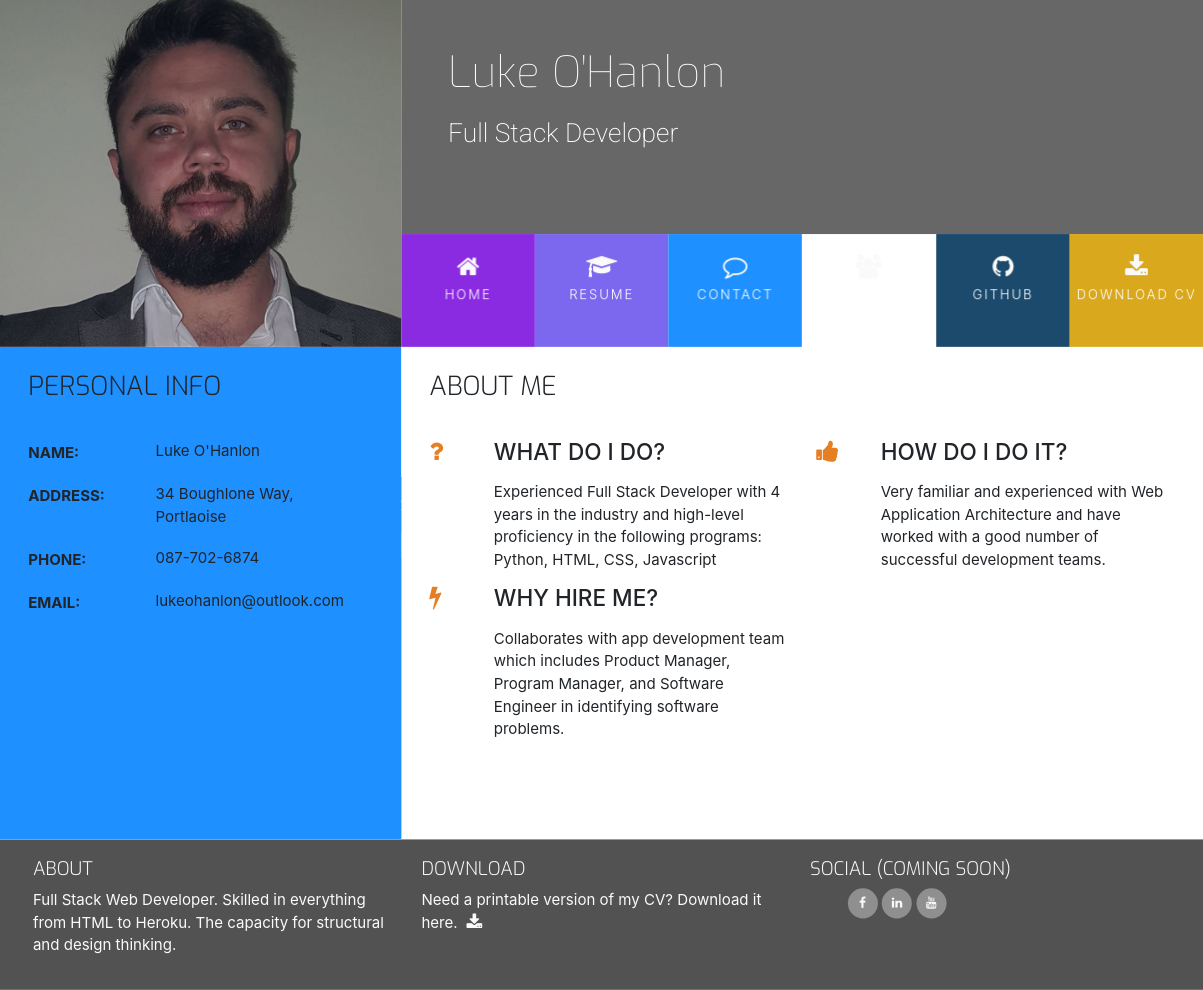
Repository: luke0han/my-resume
Page: index.html
The author's editor kept a record of every edit. The page is drawn from the files as they stood at one moment, then again after the next edit.
The browser window is 1280 px wide. The pictures show the whole page, at 94% of full size.

Above is the page before.

After the next edit:
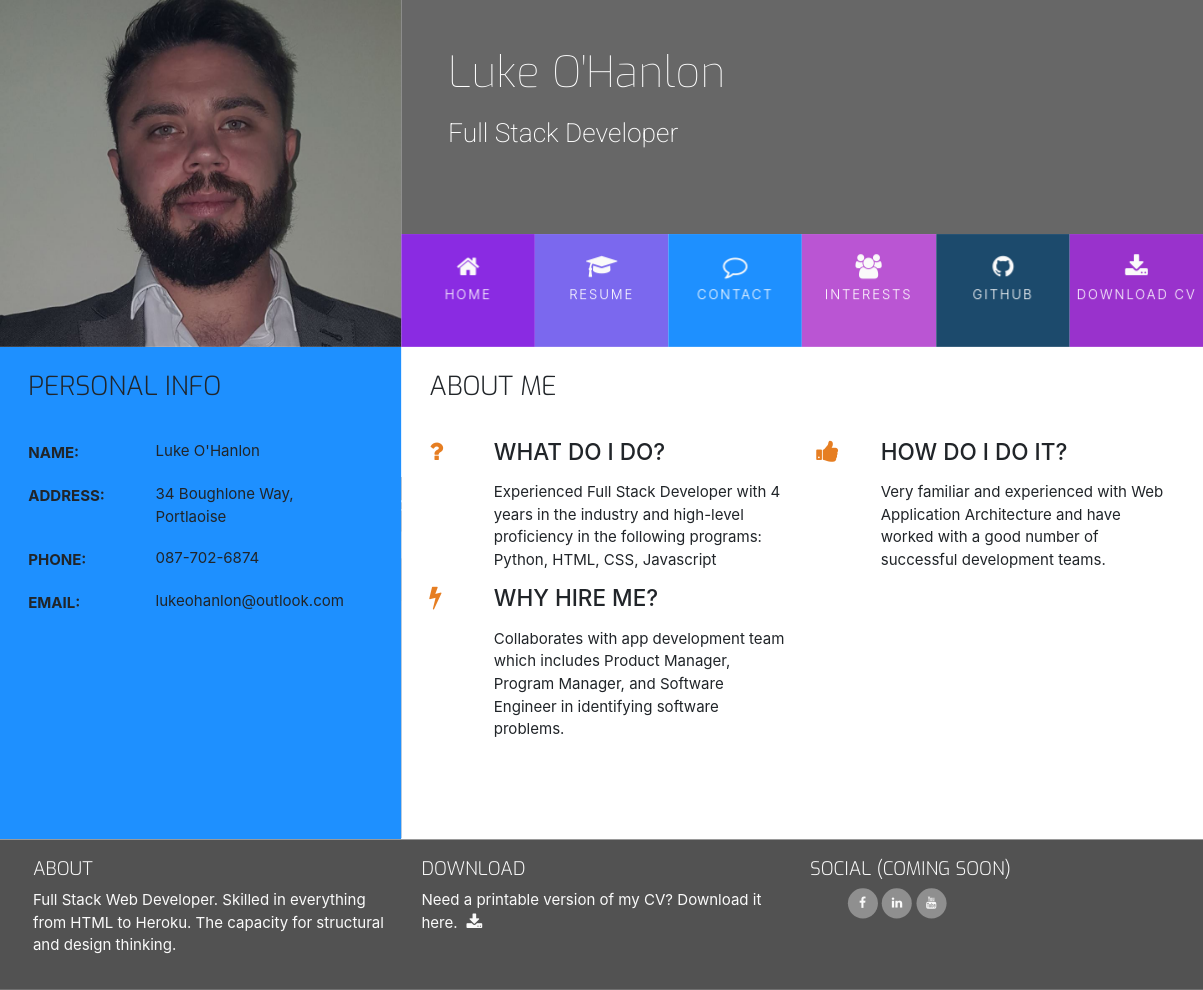
The edit:
--- a/assets/css/style.css
+++ b/assets/css/style.css
@@ -32,8 +32,8 @@
     background-color: #7B68EE;
 }
 
-.ui-menu-color-download {
-    background-color: #d9a81d;
+.ui-menu-color-interests {
+    background-color: #BA55D3;
 }
 
 
